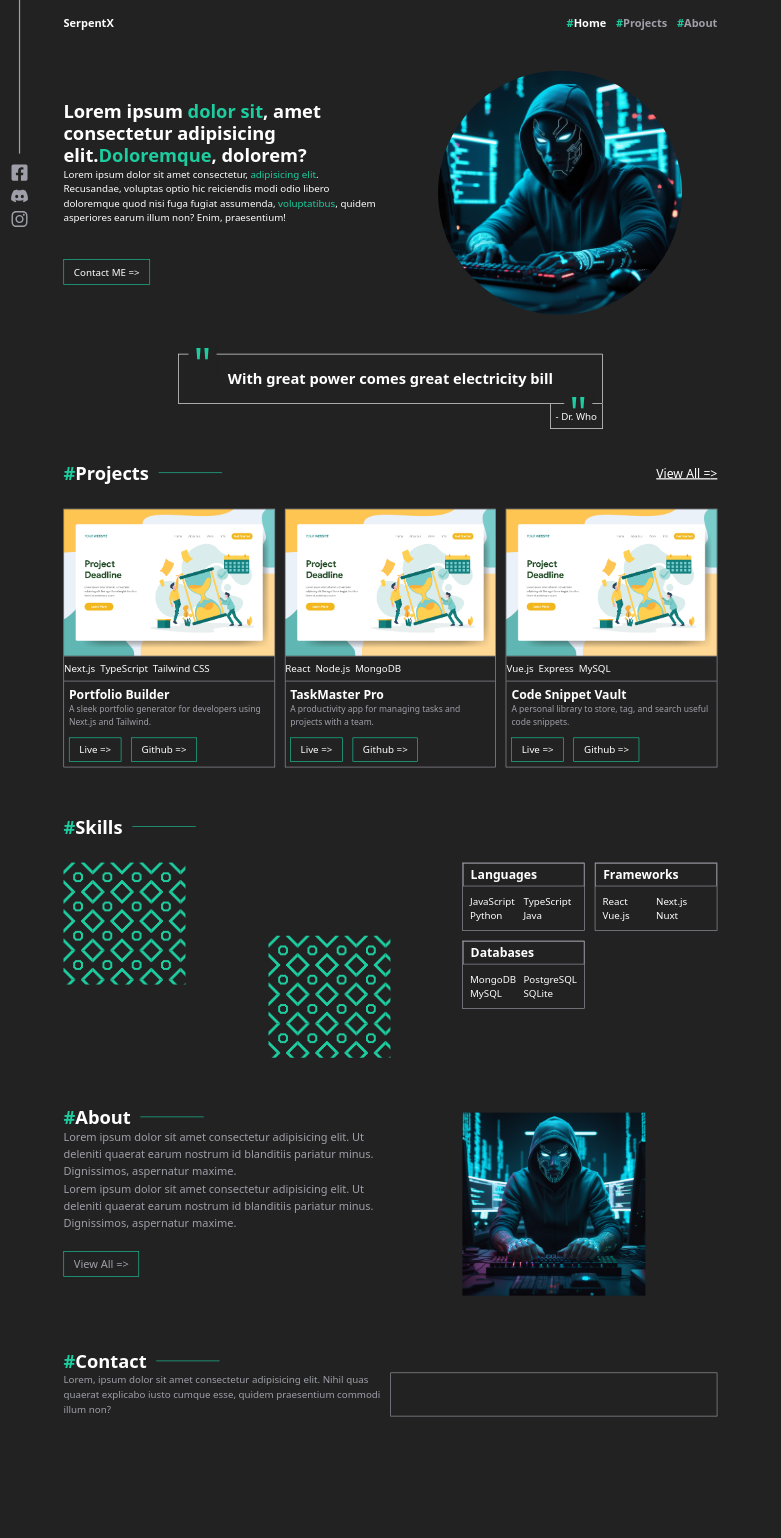
Repository: SERPENTX03/Portfolio-Tutorial
Page: /
These files come from the project's save history. The page is drawn as it stood at one moment and after the next save; the edit follows.
The browser window is 1280 px wide. The pictures show the whole page, at 61% of full size.
The project was rebuilt for these pictures with package versions that can differ from the ones it lists, and the page was loaded fresh each time. The framework's server and built-in components were replaced by stand-ins that run in the browser. Also part of the build but not shown: next.config.ts.

Above is the page before, as saved 2025-04-19 22:06:49.

After the next save:
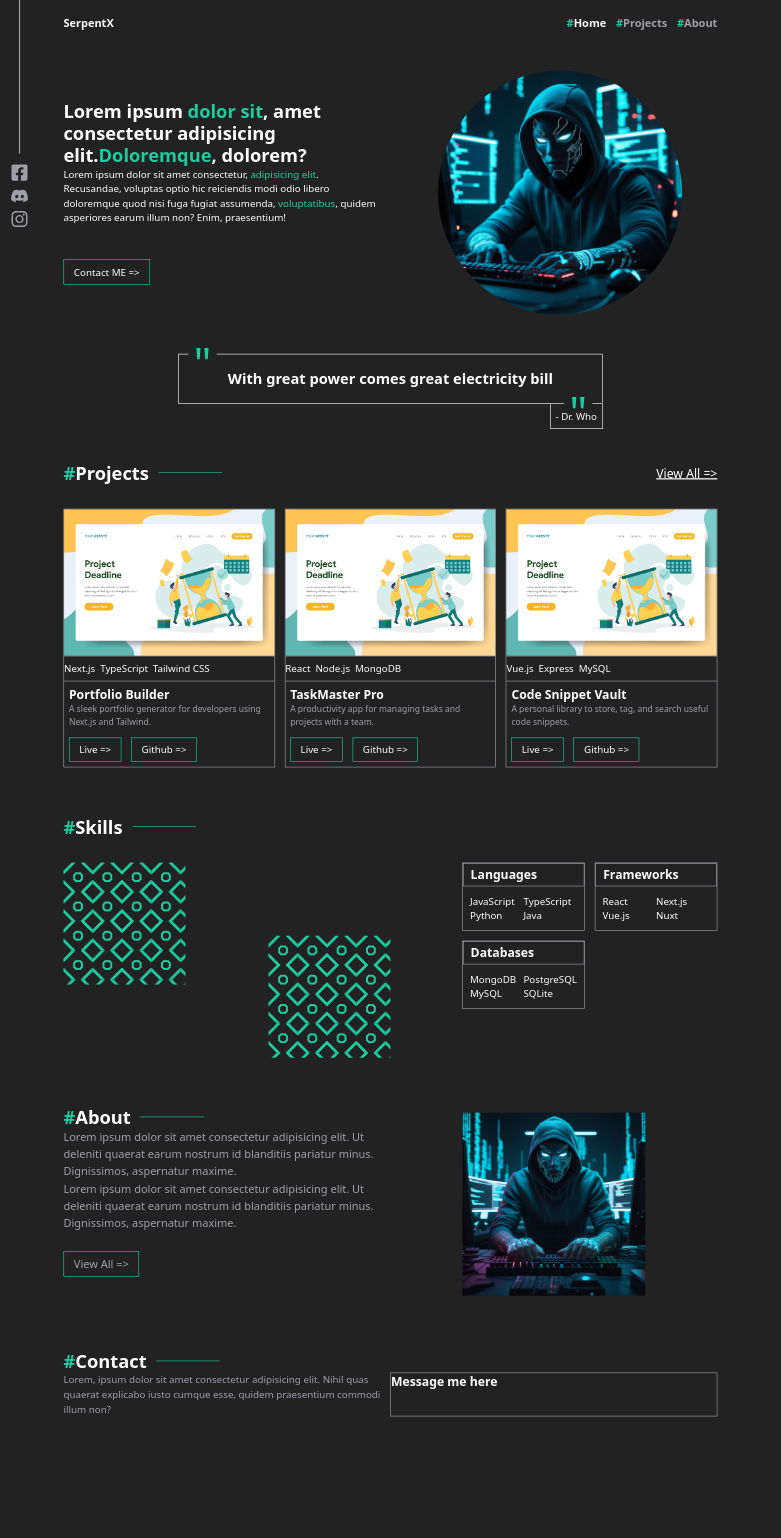
Saved 27 s later.
--- a/components/Contact.tsx
+++ b/components/Contact.tsx
@@ -1,3 +1,5 @@
+import Link from "next/link";
+
 const Contact = () => {
   return (
     <section className="mt-20">
@@ -12,7 +14,8 @@
           non?
         </p>
         <div className="w-full md:w-1/2 border border-text">
-          <h3></h3>
+          <h3 className="text-xl font-bold">Message me here</h3>
+          <Link></Link>
         </div>
       </div>
     </section>
